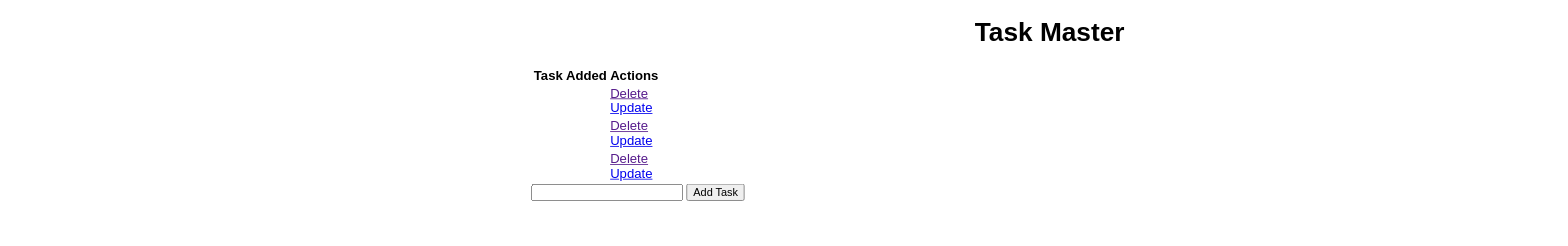
Repository: shaysnutss/FirstFlaskApp
Page: http://localhost/
An editor plug-in stored every save of this project. The page is shown before and after a run of saves, followed by the edit.
The browser window is 1280 px wide. The page is 1912 px wide, so the pictures cover 1912 px, including what lies to the right of the window. The pictures show the whole page, at 82% of full size.
The page is served by the project's application, run on Flask 3 (app.py). The page reads the database file committed with the project.

Above is the page before, as saved 2022-08-25 01:56:39.

### templates/index.html
{% extends 'base.html' %}

{% block head %}

{% endblock %}

{% block body %}
<div class="content">
    <h1 style="text-align: center">Task Master</h1>
    <table>
        <tr>
            <th>Task</th>
            <th>Added</th>
            <th>Actions</th>
        </tr>
        {% for task in tasks %}
        <tr>
            <td></td>
            <td></td>
            <td>
                <a href="">Delete</a>
                <br>
                <a href="{{task.date_created.date()}}">Update</a>
            </td>
        </tr>
        {% endfor %}
    </table>
    <form action="/" method="POST">
        <input type="text" name="content" id="content">
        <input type="submit" value="Add Task">
    </form>

</div>
{% endblock %}

### templates/base.html
<!DOCTYPE html>
<html lang="en">
<head>
    <meta charset="UTF-8">
    <meta http-equiv="X-UA-Compatible" content="IE=edge">
    <meta name="viewport" content="width=device-width, initial-scale=1.0">
    <link rel="stylesheet" href="{{ url_for('static',filename='css/main.css')}}">
    {% block head %}{% endblock %}
</head>
<body>
    {% block body %}{% endblock %}
</body>
</html>

### app.py
from flask import Flask, redirect, render_template, request, url_for
from flask_sqlalchemy import SQLAlchemy
from datetime import datetime

app = Flask(__name__)

app.config['SQLALCHEMY_DATABASE_URI' ] = 'sqlite:///test.db'
db = SQLAlchemy(app)

class Todo(db.Model):
    id = db.Column(db.Integer, primary_key=True)
    content = db.Column(db.String(200), nullable=False)
    completed = db.Column(db.Integer, default=0)
    date_created = db.Column(db.DateTime, default=datetime.utcnow)

def __repr__(self):
    return '<Task %r> ' % self.id

@app.route('/', methods =['POST', 'GET'])
def index():
    if request.method == 'POST':
        task_content = request.form['content']
        new_task = Todo(content=task_content)
        try:
            db.session.add(new_task)
            db.session.commit()
            return redirect('/')
        except:
            return 'There was an issue adding your task'
    else:
        tasks = Todo.query.order_by(Todo.date_created).all()
        return render_template('index.html', tasks = tasks)

if __name__ == '__main__':
    app.run(debug=True)

### static/css/main.css
body {
    position: relative;
    left:50%;
    font-family: sans-serif;
}

### test.db (the tables this page reads, as SQL)
CREATE TABLE todo (
	id INTEGER NOT NULL, 
	content VARCHAR(200) NOT NULL, 
	completed INTEGER, 
	date_created DATETIME, 
	PRIMARY KEY (id)
);
INSERT INTO "todo" VALUES
(1, 'do the dishes', 0, '2022-08-24 17:51:53.681158'),
(2, 'dishes', 0, '2022-08-24 17:52:19.046907'),
(3, 'hi', 0, '2022-08-24 17:53:48.073268');

After the next 3 saves:
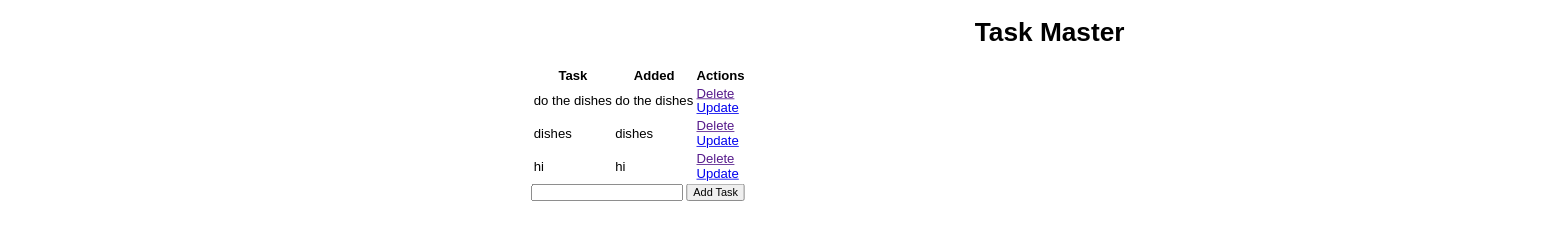
The 3 saves are shown as one change because they came seconds apart.
The last was saved 25 s later.
--- a/templates/index.html
+++ b/templates/index.html
@@ -15,8 +15,8 @@
         </tr>
         {% for task in tasks %}
         <tr>
-            <td></td>
-            <td></td>
+            <td>{{ task.content}}</td>
+            <td>{{ task.content }}</td>
             <td>
                 <a href="">Delete</a>
                 <br>
